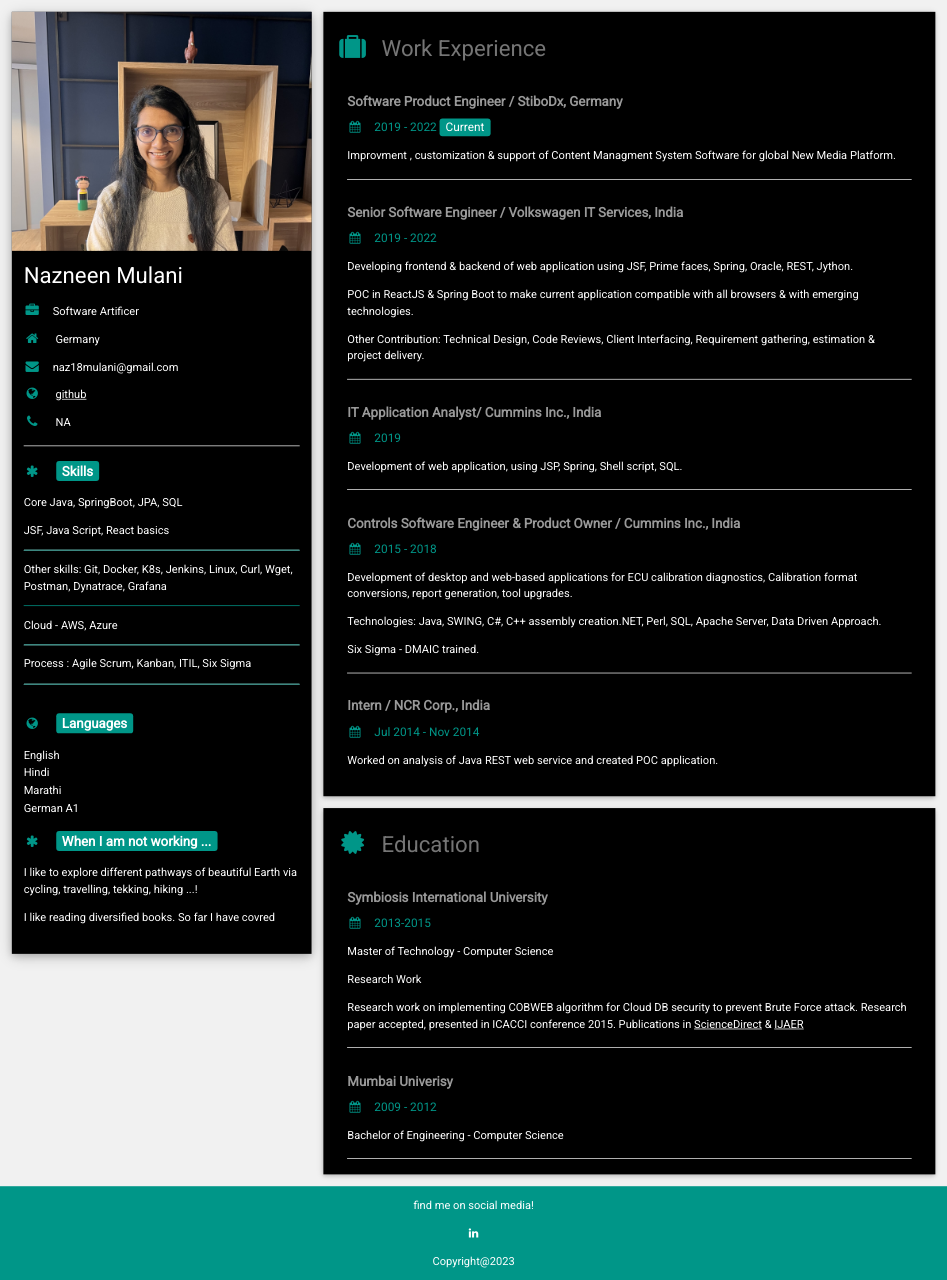
Repository: nazneenprojects/nazneen.github.io
Page: index.html
The author's editor kept a copy of each file at every save. The page is drawn from the files as they stood at one save, then again after the next save.
The browser window is 1280 px wide. The pictures show the whole page, at 74% of full size.

Above is the page before, as saved 2023-07-09 11:59:12.

After the next save:
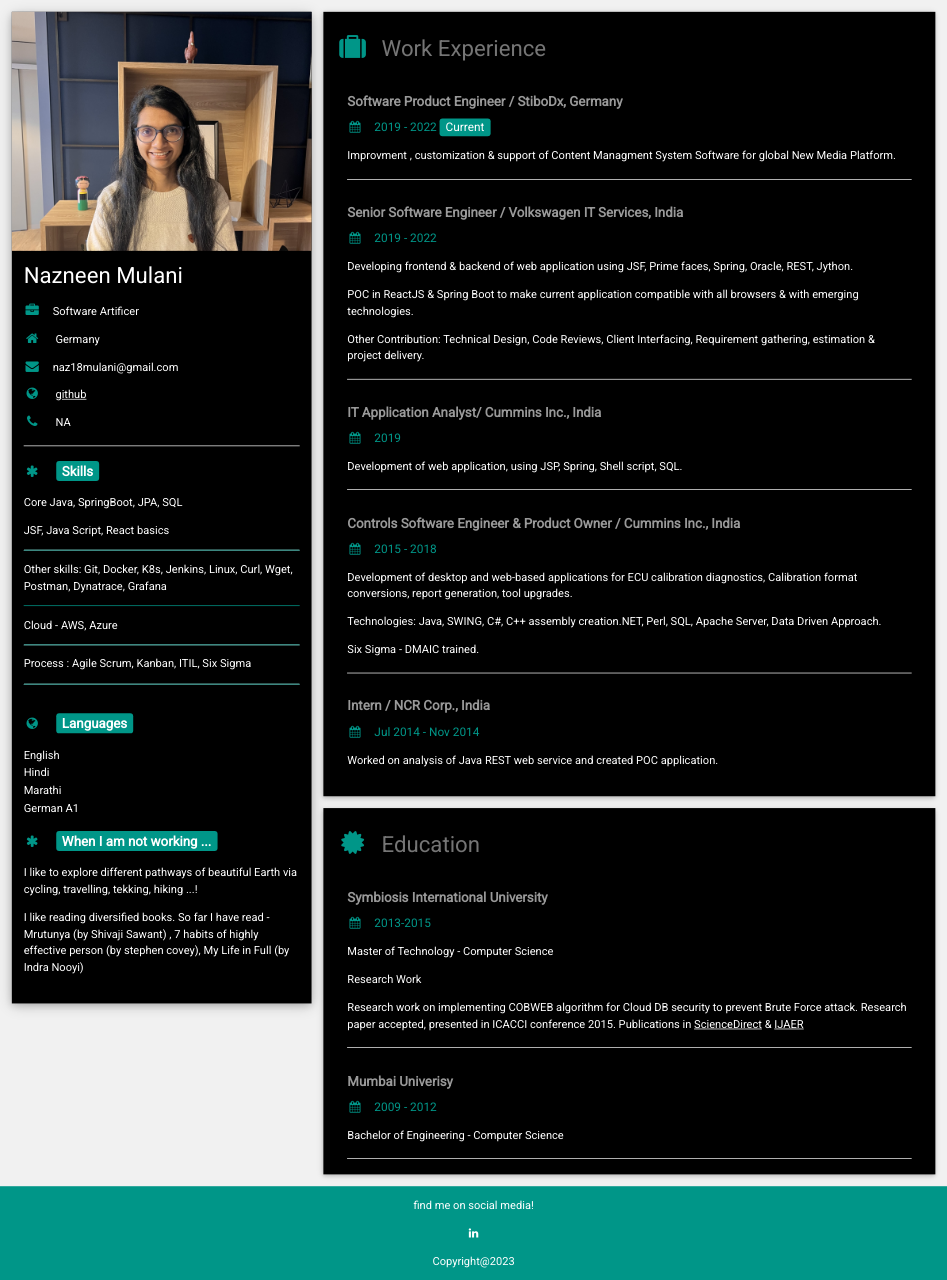
Saved 2 min 43 s later.
--- a/index.html
+++ b/index.html
@@ -82,7 +82,7 @@
 
           <p class="w3-large"><b><i class="fa fa-asterisk fa-fw w3-margin-right w3-text-teal"></i> <span class="w3-tag w3-teal w3-round">When I am not working ...</span></b></p>
           <p>I like to explore different pathways of beautiful Earth via cycling, travelling, tekking, hiking ...!  </p>
-          <p>I like reading diversified books. So far I have covred </p>
+          <p>I like reading diversified books. So far I have read - Mrutunya (by Shivaji Sawant) , 7 habits of highly effective person (by stephen covey), My Life in Full (by Indra Nooyi)   </p>
 
           <br>
         </div>
